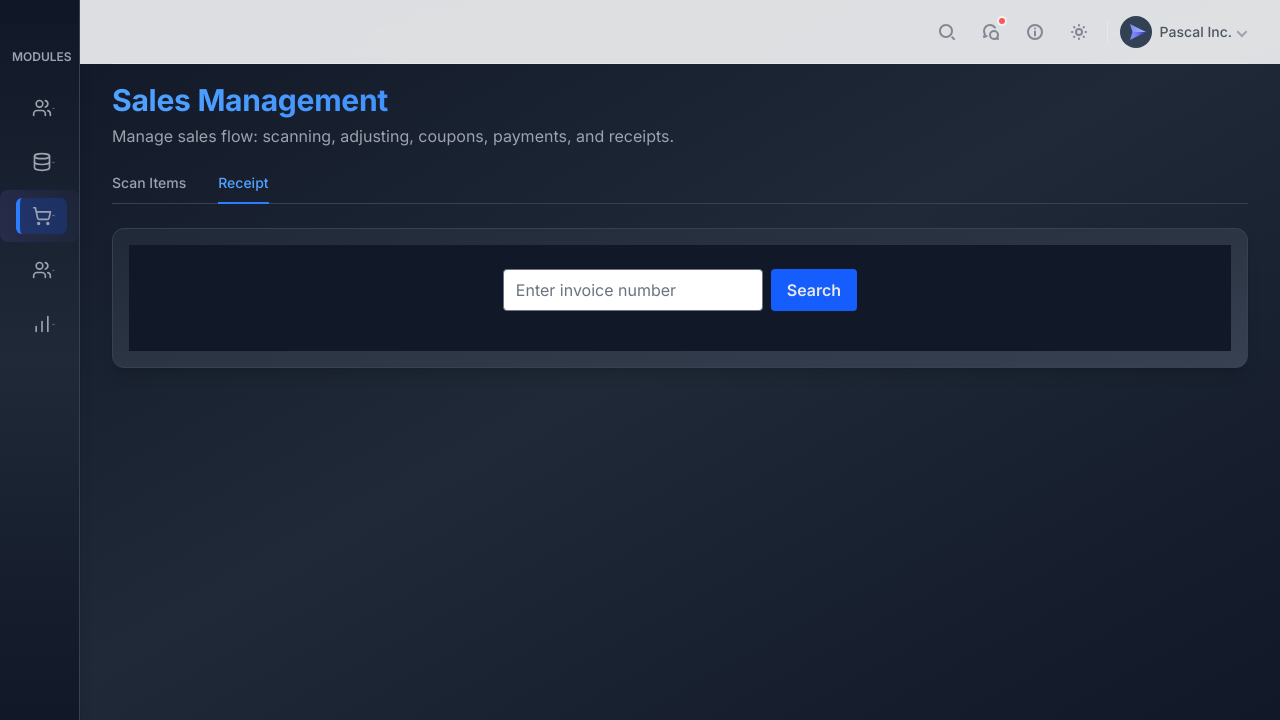
Repository: chykesure/grox-supermarket
Page: /sales/receipt
These files come from the project's save history. The page is drawn as it stood at one moment and after the next save; the edit follows.
The browser window is 1280 px wide. The pictures show the whole page.
An inner scrolling area shows only its first screen. The project was rebuilt for these pictures with package versions that can differ from the ones it lists, and the page was loaded fresh each time. Some packages were replaced by stand-ins written for this rebuild. Also part of the build but not shown: vite.config.js, src/components/DropdownFilter.jsx, src/lib/utils.ts, src/components/ui/calendar.jsx, src/components/ui/popover.jsx, src/components/Datepicker.jsx, src/pages/pos/Dashboard.jsx, src/pages/Menu.jsx and 62 more.

Above is the page before, as saved 2025-11-09 20:03:41.

### index.html
<!DOCTYPE html>
<html lang="en">
  <head>
    <meta charset="UTF-8" />
    <link rel="icon" type="image/svg+xml" href="/src/favicon.svg" />
    <meta name="viewport" content="width=device-width, initial-scale=1.0" />
    <title>Vite App</title>
    <script>
      if (localStorage.theme === 'dark' || !('theme' in localStorage)) {
        document.querySelector('html').classList.add('dark');
        document.querySelector('html').style.colorScheme = 'dark';
      } else {
        document.querySelector('html').classList.remove('dark');
        document.querySelector('html').style.colorScheme = 'light';
      }
    </script>
  </head>
  <body class="font-inter antialiased bg-gray-100 dark:bg-gray-900 text-gray-600 dark:text-gray-400">
    <noscript>You need to enable JavaScript to run this app.</noscript>
    <script>
        if (localStorage.getItem('sidebar-expanded') == 'true') {
            document.querySelector('body').classList.add('sidebar-expanded');
        } else {
            document.querySelector('body').classList.remove('sidebar-expanded');
        }
    </script>
    <div id="root"></div>
    <script type="module" src="/src/main.jsx"></script>
  </body>
</html>

### src/utils/ThemeContext.jsx
import { createContext, useContext, useState, useEffect } from 'react';

const ThemeContext = createContext({
  currentTheme: 'light',
  changeCurrentTheme: () => {},
});

export default function ThemeProvider({children}) {
  const persistedTheme = localStorage.getItem('theme');
  const [theme, setTheme] = useState(persistedTheme || 'light');

  const changeCurrentTheme = (newTheme) => {
    setTheme(newTheme);
    localStorage.setItem('theme', newTheme);
  };

  useEffect(() => {
    document.documentElement.classList.add('**:transition-none!');
    if (theme === 'light') {
      document.documentElement.classList.remove('dark');
      document.documentElement.style.colorScheme = 'light';
    } else {
      document.documentElement.classList.add('dark');
      document.documentElement.style.colorScheme = 'dark';
    }

    const transitionTimeout = setTimeout(() => {
      document.documentElement.classList.remove('**:transition-none!');
    }, 1);

    return () => clearTimeout(transitionTimeout);
  }, [theme]);

  return <ThemeContext.Provider value={{ currentTheme: theme, changeCurrentTheme }}>{children}</ThemeContext.Provider>;
}

export const useThemeProvider = () => useContext(ThemeContext);

### src/charts/ChartjsConfig.jsx
// Import Chart.js
import { Chart, Tooltip } from 'chart.js';
// Import Tailwind config
import { adjustColorOpacity, getCssVariable } from '../utils/Utils';

Chart.register(Tooltip);

// Define Chart.js default settings
Chart.defaults.font.family = '"Inter", sans-serif';
Chart.defaults.font.weight = 500;
Chart.defaults.plugins.tooltip.borderWidth = 1;
Chart.defaults.plugins.tooltip.displayColors = false;
Chart.defaults.plugins.tooltip.mode = 'nearest';
Chart.defaults.plugins.tooltip.intersect = false;
Chart.defaults.plugins.tooltip.position = 'nearest';
Chart.defaults.plugins.tooltip.caretSize = 0;
Chart.defaults.plugins.tooltip.caretPadding = 20;
Chart.defaults.plugins.tooltip.cornerRadius = 8;
Chart.defaults.plugins.tooltip.padding = 8;

// Function that generates a gradient for line charts
export const chartAreaGradient = (ctx, chartArea, colorStops) => {
  if (!ctx || !chartArea || !colorStops || colorStops.length === 0) {
    return 'transparent';
  }
  const gradient = ctx.createLinearGradient(0, chartArea.bottom, 0, chartArea.top);
  colorStops.forEach(({ stop, color }) => {
    gradient.addColorStop(stop, color);
  });
  return gradient;
};

export const chartColors = {
  textColor: {
    light: getCssVariable('--color-gray-400'),
    dark: getCssVariable('--color-gray-500'),
  },
  gridColor: {
    light: getCssVariable('--color-gray-100'),
    dark: adjustColorOpacity(getCssVariable('--color-gray-700'), 0.6),
  },
  backdropColor: {
    light: getCssVariable('--color-white'),
    dark: getCssVariable('--color-gray-800'),
  },
  tooltipTitleColor: {
    light: getCssVariable('--color-gray-800'),
    dark: getCssVariable('--color-gray-100'),
  },
  tooltipBodyColor : {
    light: getCssVariable('--color-gray-500'),
    dark: getCssVariable('--color-gray-400')
  },
  tooltipBgColor: {
    light: getCssVariable('--color-white'),
    dark: getCssVariable('--color-gray-700'),
  },
  tooltipBorderColor: {
    light: getCssVariable('--color-gray-200'),
    dark: getCssVariable('--color-gray-600'),
  },
};

### src/css/additional-styles/utility-patterns.css
/* Typography */
.h1 {
    @apply text-4xl font-extrabold tracking-tighter;
}

.h2 {
    @apply text-3xl font-extrabold tracking-tighter;
}

.h3 {
    @apply text-3xl font-extrabold;
}

.h4 {
    @apply text-2xl font-extrabold tracking-tight;
}

@media (width >= theme(--breakpoint-md)) {
    .h1 {
        @apply text-5xl;
    }

    .h2 {
        @apply text-4xl;
    }
}

/* Buttons */
.btn,
.btn-lg,
.btn-sm,
.btn-xs {
    @apply font-medium text-sm inline-flex items-center justify-center border border-transparent rounded-lg leading-5 shadow-xs transition;
}

.btn {
    @apply px-3 py-2;
}

.btn-lg {
    @apply px-4 py-3;
}

.btn-sm {
    @apply px-2 py-1;
}

.btn-xs {
    @apply px-2 py-0.5;
}

/* Forms */
input[type="search"]::-webkit-search-decoration,
input[type="search"]::-webkit-search-cancel-button,
input[type="search"]::-webkit-search-results-button,
input[type="search"]::-webkit-search-results-decoration {
  -webkit-appearance: none;
}

.form-input,
.form-textarea,
.form-multiselect,
.form-select,
.form-checkbox,
.form-radio {
    @apply bg-white dark:bg-gray-900/30 border focus:ring-0 focus:ring-offset-0 dark:disabled:bg-gray-700/30 dark:disabled:border-gray-700 dark:disabled:hover:border-gray-700;
}

.form-checkbox {
    @apply rounded-sm;
}

.form-input,
.form-textarea,
.form-multiselect,
.form-select {
    @apply text-sm text-gray-800 dark:text-gray-100 leading-5 py-2 px-3 border-gray-200 hover:border-gray-300 focus:border-gray-300 dark:border-gray-700/60 dark:hover:border-gray-600 dark:focus:border-gray-600 shadow-xs rounded-lg;
}

.form-input,
.form-textarea {
    @apply placeholder-gray-400 dark:placeholder-gray-500;
}

.form-select {
    @apply pr-10;
}

.form-checkbox,
.form-radio {
    @apply text-violet-500 checked:bg-violet-500 checked:border-transparent border border-gray-300 dark:border-gray-700/60 dark:checked:border-transparent focus-visible:ring-2 focus-visible:ring-violet-500/50;
}

/* Switch element */
.form-switch {
    @apply relative select-none;
    width: 44px;
}

.form-switch label {
    @apply block overflow-hidden cursor-pointer h-6 rounded-full;
}

.form-switch label > span:first-child {
    @apply absolute block rounded-full;
    width: 20px;
    height: 20px;
    top: 2px;
    left: 2px;
    right: 50%;
    transition: all .15s ease-out;
}

.form-switch input[type="checkbox"] + label {
  @apply bg-gray-400 dark:bg-gray-700;
}

.form-switch input[type="checkbox"]:checked + label {
  @apply bg-violet-500;
}

.form-switch input[type="checkbox"]:checked + label > span:first-child {
    left: 22px;
}

.form-switch input[type="checkbox"]:disabled + label {
    @apply cursor-not-allowed bg-gray-100 dark:bg-gray-700/20 border border-gray-200 dark:border-gray-700/60;
}

.form-switch input[type="checkbox"]:disabled + label > span:first-child {
    @apply bg-gray-400 dark:bg-gray-600;
}

/* Chrome, Safari and Opera */
.no-scrollbar::-webkit-scrollbar {
  display: none;
}

.no-scrollbar {
  -ms-overflow-style: none;  /* IE and Edge */
  scrollbar-width: none;  /* Firefox */
}

### src/partials/Banner.jsx
import React, { useState } from 'react';

function Banner() {

  const [bannerOpen, setBannerOpen] = useState(true);
  const query = new URLSearchParams(location.search);
  const template = query.get('template');
  const liteLink =
    template === 'laravel'
      ? 'https://github.com/cruip/laravel-tailwindcss-admin-dashboard-template'
      : 'https://github.com/cruip/tailwind-dashboard-template';

  return (
    <>
    { bannerOpen && (
      <div className="fixed bottom-0 right-0 w-full md:bottom-8 md:right-12 md:w-auto z-50">

      </div>
    )}
    </>
  );
}

export default Banner;

### src/pages/pos/sales/Receipt.jsx
// src/pages/pos/sales/Receipt.jsx
import React, { useState, useRef } from "react";
import axios from "axios";

function Receipt() {
  const receiptRef = useRef();
  const [invoiceNumber, setInvoiceNumber] = useState("");
  const [sale, setSale] = useState(null);
  const [error, setError] = useState("");

  const handleSearch = async () => {
    if (!invoiceNumber) return;
    try {
      const res = await axios.get(`http://localhost:8080/api/sales/invoice/${invoiceNumber}`);
      setSale(res.data);
      setError("");
    } catch (err) {
      console.error(err);
      setSale(null);
      setError("Sale not found");
    }
  };

  const handlePrint = () => {
    if (receiptRef.current) {
      const printContents = receiptRef.current.innerHTML;
      const originalContents = document.body.innerHTML;
      document.body.innerHTML = printContents;
      window.print();
      document.body.innerHTML = originalContents;
      window.location.reload();
    }
  };

  const subtotal = sale?.items?.reduce((sum, item) => sum + item.price * item.quantity, 0) || 0;
  const tax = subtotal * 0.075;
  const total = subtotal + tax;
  const amountPaid = sale?.total || 0;
  const changeDue = amountPaid - total;
  const paymentMethod = sale?.paymentMode || "-";
  const currentDate = sale?.date ? new Date(sale.date).toLocaleString() : "";

  return (
    <div className="flex flex-col items-center bg-gray-900 text-gray-200 p-6">
      <div className="flex mb-4 space-x-2">
        <input
          type="text"
          placeholder="Enter invoice number"
          value={invoiceNumber}
          onChange={(e) => setInvoiceNumber(e.target.value)}
          className="px-3 py-2 rounded text-gray-900"
        />
        <button
          onClick={handleSearch}
          className="px-4 py-2 bg-blue-600 hover:bg-blue-500 rounded font-semibold"
        >
          Search
        </button>
      </div>

      {error && <p className="text-red-500 mb-4">{error}</p>}

      {sale && (
        <>
          <h1 className="text-3xl font-bold mb-4 bg-gradient-to-r from-blue-400 to-blue-600 bg-clip-text text-transparent">
            Receipt
          </h1>

          <div
            ref={receiptRef}
            className="w-full max-w-md bg-gray-800 p-6 rounded-lg shadow-lg text-gray-200"
          >
            <div className="text-center mb-4">
              <h2 className="text-xl font-bold">Grox Shopping Store</h2>
              <p>123 Market Street, Lagos</p>
              <p>{currentDate}</p>
            </div>

            <table className="w-full mb-4 border-collapse border border-gray-600">
              <thead>
                <tr className="border-b border-gray-600">
                  <th className="px-2 py-1 text-left">Item</th>
                  <th className="px-2 py-1">Qty</th>
                  <th className="px-2 py-1">Price</th>
                  <th className="px-2 py-1">Total</th>
                </tr>
              </thead>
              <tbody>
                {sale.items.map((item, index) => (
                  <tr key={index} className="border-b border-gray-600">
                    <td className="px-2 py-1">{item.productName}</td>
                    <td className="px-2 py-1 text-center">{item.quantity}</td>
                    <td className="px-2 py-1 text-right">₦{item.price.toLocaleString()}</td>
                    <td className="px-2 py-1 text-right">₦{(item.price * item.quantity).toLocaleString()}</td>
                  </tr>
                ))}
              </tbody>
            </table>

            <div className="mb-2 space-y-1">
              <div className="flex justify-between font-bold text-lg">
                <span>Total:</span>
                <span>₦{subtotal.toLocaleString()}</span>
              </div>
              <div className="flex justify-between">
                <span>Paid:</span>
                <span>₦{amountPaid.toLocaleString()}</span>
              </div>
              <div className="flex justify-between">
                <span>Payment Method:</span>
                <span>{paymentMethod}</span>
              </div>
            </div>

            <p className="text-center mt-4">Thank you for shopping with us!</p>
          </div>

          <button
            onClick={handlePrint}
            className="mt-6 py-2 px-4 bg-blue-600 hover:bg-blue-500 rounded font-semibold"
          >
            Print Receipt
          </button>
        </>
      )}
    </div>
  );
}

export default Receipt;

### src/partials/SidebarLinkGroup.jsx
import React, { useState } from 'react';

function SidebarLinkGroup({
  children,
  activecondition,
}) {

  const [open, setOpen] = useState(activecondition);

  const handleClick = () => {
    setOpen(!open);
  }

  return (
    <li className={`pl-4 pr-3 py-2 rounded-lg mb-0.5 last:mb-0 bg-linear-to-r ${activecondition && 'from-violet-500/[0.12] dark:from-violet-500/[0.24] to-violet-500/[0.04]'}`}>
      {children(handleClick, open)}
    </li>
  );
}

export default SidebarLinkGroup;

### src/components/ThemeToggle.jsx
import React from "react";
import { useThemeProvider } from "../utils/ThemeContext";

export default function ThemeToggle() {
  const { currentTheme, changeCurrentTheme } = useThemeProvider();

  return (
    <div>
      <input
        type="checkbox"
        name="light-switch"
        id="light-switch"
        className="light-switch sr-only"
        checked={currentTheme === "light"}
        onChange={() => changeCurrentTheme(currentTheme === "light" ? "dark" : "light")}
      />
      <label
        className="flex items-center justify-center cursor-pointer w-8 h-8 hover:bg-gray-100 lg:hover:bg-gray-200 dark:hover:bg-gray-700/50 dark:lg:hover:bg-gray-800 rounded-full"
        htmlFor="light-switch"
      >
        <svg
          className="dark:hidden fill-current text-gray-500/80 dark:text-gray-400/80"
          width={16}
          height={16}
          viewBox="0 0 16 16"
          xmlns="http://www.w3.org/2000/svg"
        >
          <path d="M8 0a1 1 0 0 1 1 1v.5a1 1 0 1 1-2 0V1a1 1 0 0 1 1-1Z" />
          <path d="M12 8a4 4 0 1 1-8 0 4 4 0 0 1 8 0Zm-4 2a2 2 0 1 0 0-4 2 2 0 0 0 0 4Z" />
          <path d="M13.657 3.757a1 1 0 0 0-1.414-1.414l-.354.354a1 1 0 0 0 1.414 1.414l.354-.354ZM13.5 8a1 1 0 0 1 1-1h.5a1 1 0 1 1 0 2h-.5a1 1 0 0 1-1-1ZM13.303 11.889a1 1 0 0 0-1.414 1.414l.354.354a1 1 0 0 0 1.414-1.414l-.354-.354ZM8 13.5a1 1 0 0 1 1 1v.5a1 1 0 1 1-2 0v-.5a1 1 0 0 1 1-1ZM4.111 13.303a1 1 0 1 0-1.414-1.414l-.354.354a1 1 0 1 0 1.414 1.414l.354-.354ZM0 8a1 1 0 0 1 1-1h.5a1 1 0 0 1 0 2H1a1 1 0 0 1-1-1ZM3.757 2.343a1 1 0 1 0-1.414 1.414l.354.354A1 1 0 1 0 4.11 2.697l-.354-.354Z" />
        </svg>
        <svg
          className="hidden dark:block fill-current text-gray-500/80 dark:text-gray-400/80"
          width={16}
          height={16}
          viewBox="0 0 16 16"
          xmlns="http://www.w3.org/2000/svg"
        >
          <path d="M11.875 4.375a.625.625 0 1 0 1.25 0c.001-.69.56-1.249 1.25-1.25a.625.625 0 1 0 0-1.25 1.252 1.252 0 0 1-1.25-1.25.625.625 0 1 0-1.25 0 1.252 1.252 0 0 1-1.25 1.25.625.625 0 1 0 0 1.25c.69.001 1.249.56 1.25 1.25Z" />
          <path d="M7.019 1.985a1.55 1.55 0 0 0-.483-1.36 1.44 1.44 0 0 0-1.53-.277C2.056 1.553 0 4.5 0 7.9 0 12.352 3.648 16 8.1 16c3.407 0 6.246-2.058 7.51-4.963a1.446 1.446 0 0 0-.25-1.55 1.554 1.554 0 0 0-1.372-.502c-4.01.552-7.539-2.987-6.97-7ZM2 7.9C2 5.64 3.193 3.664 4.961 2.6 4.82 7.245 8.72 11.158 13.36 11.04 12.265 12.822 10.341 14 8.1 14 4.752 14 2 11.248 2 7.9Z" />
        </svg>
        <span className="sr-only">Switch to light / dark version</span>
      </label>
    </div>
  );
}

Loaded but not shown: src/main.jsx (common file); src/utils/Utils.js (63 lines, source omitted); src/components/ModalSearch.jsx (260 lines, source omitted); src/partials/Sidebar.jsx (284 lines, source omitted); src/components/DropdownNotifications.jsx (112 lines, source omitted); src/App.jsx (125 lines, source omitted); src/components/DropdownHelp.jsx (121 lines, source omitted); src/css/style.css (138 lines, source omitted); src/components/DropdownProfile.jsx (100 lines, source omitted); src/partials/Header.jsx (79 lines, source omitted); src/pages/pos/sales/SalesMgt.jsx (106 lines, source omitted); src/utils/Transition.jsx (116 lines, source omitted)

After the next save:
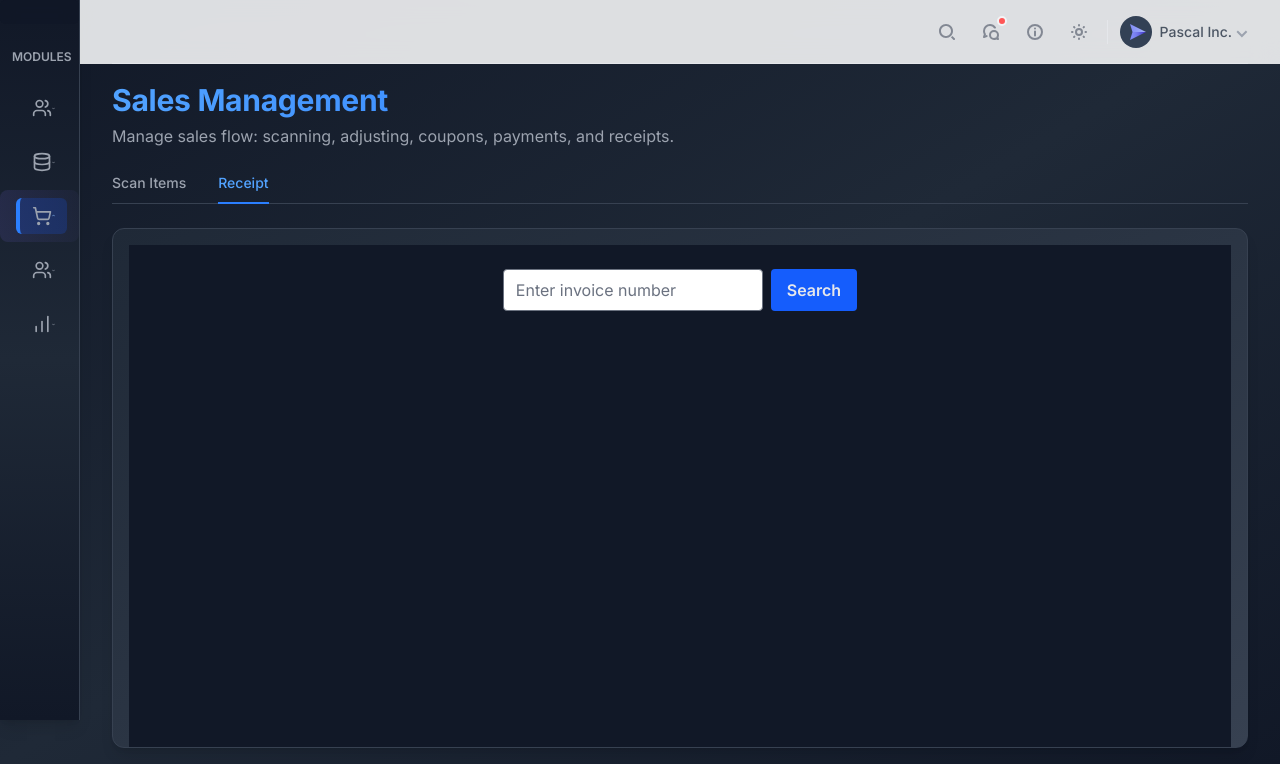
Saved 5 min 44 s later.
--- a/src/pages/pos/sales/Receipt.jsx
+++ b/src/pages/pos/sales/Receipt.jsx
@@ -1,24 +1,35 @@
-// src/pages/pos/sales/Receipt.jsx
-import React, { useState, useRef } from "react";
+import React, { useState, useRef, useEffect } from "react";
 import axios from "axios";
+import { useParams } from "react-router-dom"; // ✅ For reading invoice number from URL
 
 function Receipt() {
   const receiptRef = useRef();
-  const [invoiceNumber, setInvoiceNumber] = useState("");
+  const { invoiceNumber: invoiceFromUrl } = useParams(); // ✅ e.g. /sales/receipt/13 → invoiceFromUrl = "13"
+  const [invoiceNumber, setInvoiceNumber] = useState(invoiceFromUrl || "");
   const [sale, setSale] = useState(null);
   const [error, setError] = useState("");
 
-  const handleSearch = async () => {
-    if (!invoiceNumber) return;
+  // ✅ Auto-fetch sale if URL contains an invoice number
+  useEffect(() => {
+    if (invoiceFromUrl) {
+      fetchSale(invoiceFromUrl);
+    }
+  }, [invoiceFromUrl]);
+
+  const fetchSale = async (number) => {
     try {
-      const res = await axios.get(`http://localhost:8080/api/sales/invoice/${invoiceNumber}`);
+      const res = await axios.get(`http://localhost:8080/api/sales/invoice/${number}`);
       setSale(res.data);
       setError("");
     } catch (err) {
-      console.error(err);
+      console.error("Error fetching sale:", err);
       setSale(null);
       setError("Sale not found");
     }
+  };
+
+  const handleSearch = () => {
+    if (invoiceNumber) fetchSale(invoiceNumber);
   };
 
   const handlePrint = () => {
@@ -36,30 +47,33 @@ function Receipt() {
   const tax = subtotal * 0.075;
   const total = subtotal + tax;
   const amountPaid = sale?.total || 0;
-  const changeDue = amountPaid - total;
   const paymentMethod = sale?.paymentMode || "-";
   const currentDate = sale?.date ? new Date(sale.date).toLocaleString() : "";
 
   return (
-    <div className="flex flex-col items-center bg-gray-900 text-gray-200 p-6">
-      <div className="flex mb-4 space-x-2">
-        <input
-          type="text"
-          placeholder="Enter invoice number"
-          value={invoiceNumber}
-          onChange={(e) => setInvoiceNumber(e.target.value)}
-          className="px-3 py-2 rounded text-gray-900"
-        />
-        <button
-          onClick={handleSearch}
-          className="px-4 py-2 bg-blue-600 hover:bg-blue-500 rounded font-semibold"
-        >
-          Search
-        </button>
-      </div>
+    <div className="flex flex-col items-center bg-gray-900 text-gray-200 p-6 min-h-screen">
+      {/* 🔍 Search Bar */}
+      {!invoiceFromUrl && (
+        <div className="flex mb-4 space-x-2">
+          <input
+            type="text"
+            placeholder="Enter invoice number"
+            value={invoiceNumber}
+            onChange={(e) => setInvoiceNumber(e.target.value)}
+            className="px-3 py-2 rounded text-gray-900"
+          />
+          <button
+            onClick={handleSearch}
+            className="px-4 py-2 bg-blue-600 hover:bg-blue-500 rounded font-semibold"
+          >
+            Search
+          </button>
+        </div>
+      )}
 
       {error && <p className="text-red-500 mb-4">{error}</p>}
 
+      {/* 🧾 Receipt Section */}
       {sale && (
         <>
           <h1 className="text-3xl font-bold mb-4 bg-gradient-to-r from-blue-400 to-blue-600 bg-clip-text text-transparent">
@@ -74,15 +88,18 @@ function Receipt() {
               <h2 className="text-xl font-bold">Grox Shopping Store</h2>
               <p>123 Market Street, Lagos</p>
               <p>{currentDate}</p>
+              <p className="mt-2 text-yellow-400 font-semibold">
+                Invoice #: {sale.invoiceNumber}
+              </p>
             </div>
 
             <table className="w-full mb-4 border-collapse border border-gray-600">
               <thead>
                 <tr className="border-b border-gray-600">
                   <th className="px-2 py-1 text-left">Item</th>
-                  <th className="px-2 py-1">Qty</th>
-                  <th className="px-2 py-1">Price</th>
-                  <th className="px-2 py-1">Total</th>
+                  <th className="px-2 py-1 text-center">Qty</th>
+                  <th className="px-2 py-1 text-right">Price</th>
+                  <th className="px-2 py-1 text-right">Total</th>
                 </tr>
               </thead>
               <tbody>
@@ -91,7 +108,9 @@ function Receipt() {
                     <td className="px-2 py-1">{item.productName}</td>
                     <td className="px-2 py-1 text-center">{item.quantity}</td>
                     <td className="px-2 py-1 text-right">₦{item.price.toLocaleString()}</td>
-                    <td className="px-2 py-1 text-right">₦{(item.price * item.quantity).toLocaleString()}</td>
+                    <td className="px-2 py-1 text-right">
+                      ₦{(item.price * item.quantity).toLocaleString()}
+                    </td>
                   </tr>
                 ))}
               </tbody>
@@ -99,8 +118,16 @@ function Receipt() {
 
             <div className="mb-2 space-y-1">
               <div className="flex justify-between font-bold text-lg">
+                <span>Subtotal:</span>
+                <span>₦{subtotal.toLocaleString()}</span>
+              </div>
+              <div className="flex justify-between">
+                <span>Tax (7.5%):</span>
+                <span>₦{tax.toLocaleString()}</span>
+              </div>
+              <div className="flex justify-between font-bold text-lg">
                 <span>Total:</span>
-                <span>₦{subtotal.toLocaleString()}</span>
+                <span>₦{total.toLocaleString()}</span>
               </div>
               <div className="flex justify-between">
                 <span>Paid:</span>
@@ -112,14 +139,16 @@ function Receipt() {
               </div>
             </div>
 
-            <p className="text-center mt-4">Thank you for shopping with us!</p>
+            <p className="text-center mt-4 italic text-gray-400">
+              Thank you for shopping with us!
+            </p>
           </div>
 
           <button
             onClick={handlePrint}
             className="mt-6 py-2 px-4 bg-blue-600 hover:bg-blue-500 rounded font-semibold"
           >
-            Print Receipt
+            🖨️ Print Receipt
           </button>
         </>
       )}
